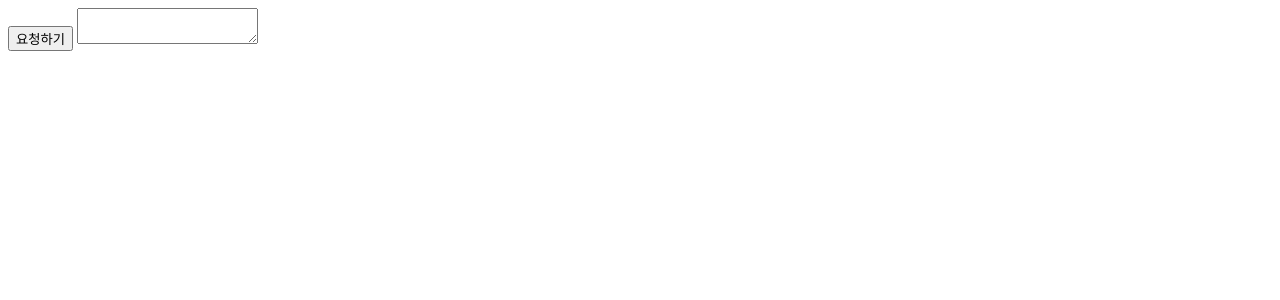
Repository: popconnect/jQuery
Page: http://localhost/AjaxEx01/ajax1.jsp
These files come from the project's save history. The page is drawn as it stood at one moment and after the next save; the edit follows.
The browser window is 1280 px wide. The pictures show the whole page.
The page is served by Tomcat 9. Other server files are loaded and not shown.

Above is the page before, as saved 2023-05-12 05:16:01.

### AjaxEx01/src/main/webapp/ajax1.jsp
<%@ page language="java" contentType="text/html; charset=UTF-8"
    pageEncoding="UTF-8"%>

<!DOCTYPE html>
<html>
<head>
<meta charset="UTF-8">
<title>Insert title here</title>
<script type="text/javascript">
	window.onload = function() {
		document.getElementById('btn').onclick = function() {
			const request = new XMLHttpRequest();

			request.onreadystatechange = function() {
				//console.log(request.readyState);
				if(request.readyState == 4) {
					if(request.status == 200) {
						//console.log(request.responseText);
						document.getElementById('ta').value = request.responseText;
					} else {
						alert('페이지 오류');
					}
				}
			};
			request.open('get', 'csv1.jsp', true);
			request.send();
		};
	};
</script>
</head>
<body>
<button id='btn'> 요청하기 </button>
<textarea id ='ta' rows="" cols=""></textarea>
</body>
</html>

After the next save:
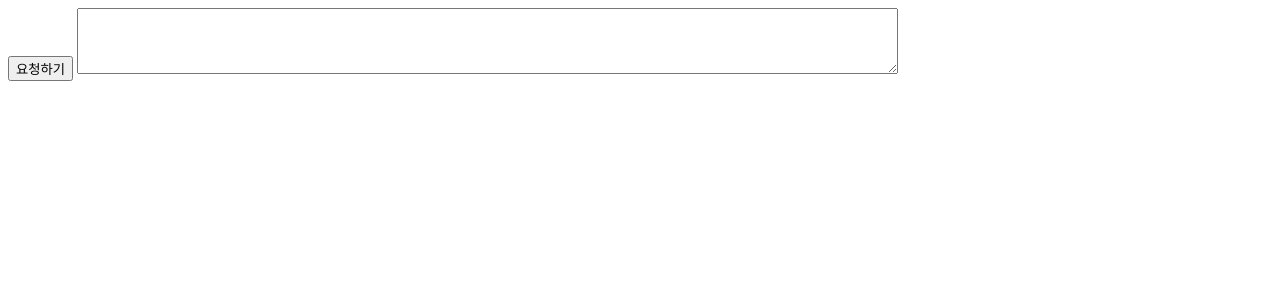
Saved 7 s later.
--- a/AjaxEx01/src/main/webapp/ajax1.jsp
+++ b/AjaxEx01/src/main/webapp/ajax1.jsp
@@ -30,6 +30,6 @@
 </head>
 <body>
 <button id='btn'> 요청하기 </button>
-<textarea id ='ta' rows="" cols=""></textarea>
+<textarea id ='ta' rows="4" cols="100"></textarea>
 </body>
 </html>
